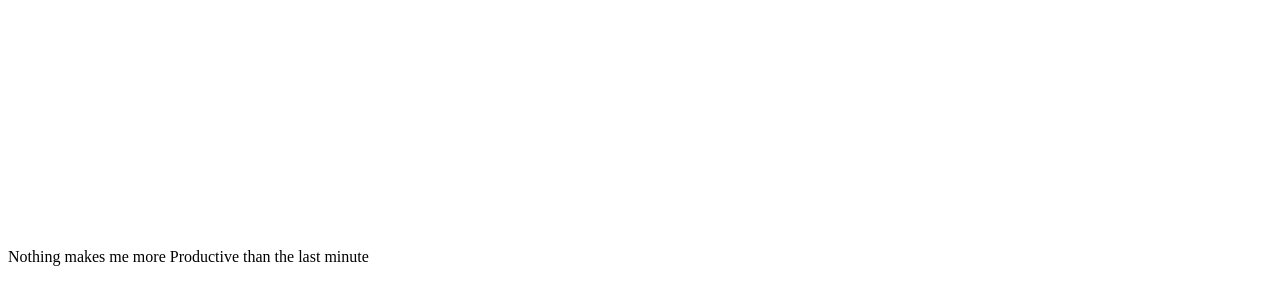
Repository: janry-gracia/Divinagracia_FinalProject
Page: Pages/backpage.html
The author's editor kept a copy of each file at every save. The page is drawn from the files as they stood at one save, then again after the next save.
The browser window is 1280 px wide. The pictures show the whole page.

Above is the page before, as saved 2021-05-17 15:03:31.

### Pages/backpage.html
<!DOCTYPE html>
<html lang="en">
<head>
    <meta charset="UTF-8">
    <meta http-equiv="X-UA-Compatible" content="IE=edge">
    <meta name="viewport" content="width=device-width, initial-scale=1.0">
    <title>Document</title>
</head>
<body>
    <div class="container-fluid background">

        <div class="logo-container">
        <div class="logo"><img src="/Pictures/logo.png" alt="Picture of my logo" width="1000" ></div>
        <p class="logo">Nothing makes me more Productive than the last minute</p>
         </div>

    </div>



    </div>
</body>
</html>

Loaded but not shown: css/bootstrap.css (library); css/backpage.css (no stored copy; drawn as an empty file)

After the next save:
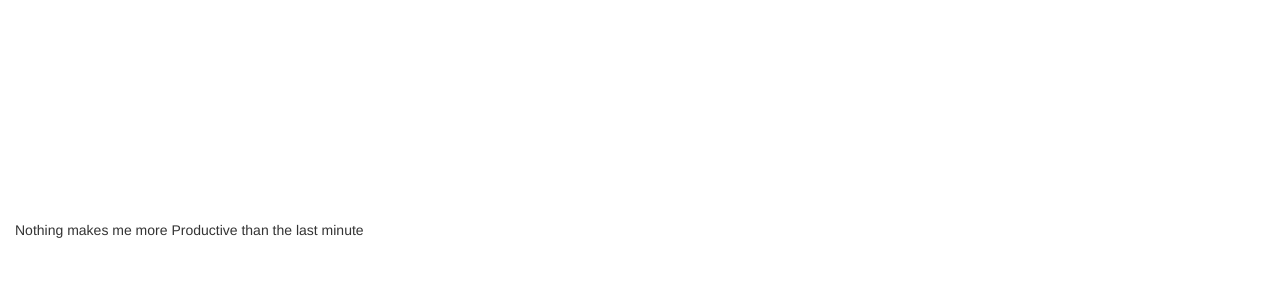
Saved 58 s later.
--- a/Pages/backpage.html
+++ b/Pages/backpage.html
@@ -4,7 +4,10 @@
     <meta charset="UTF-8">
     <meta http-equiv="X-UA-Compatible" content="IE=edge">
     <meta name="viewport" content="width=device-width, initial-scale=1.0">
-    <title>Document</title>
+    <title>Personal Website</title>
+    <link rel="stylesheet" href="/css/bootstrap.css">
+    <link rel="stylesheet" href="/css/backpage.css">
+
 </head>
 <body>
     <div class="container-fluid background">
